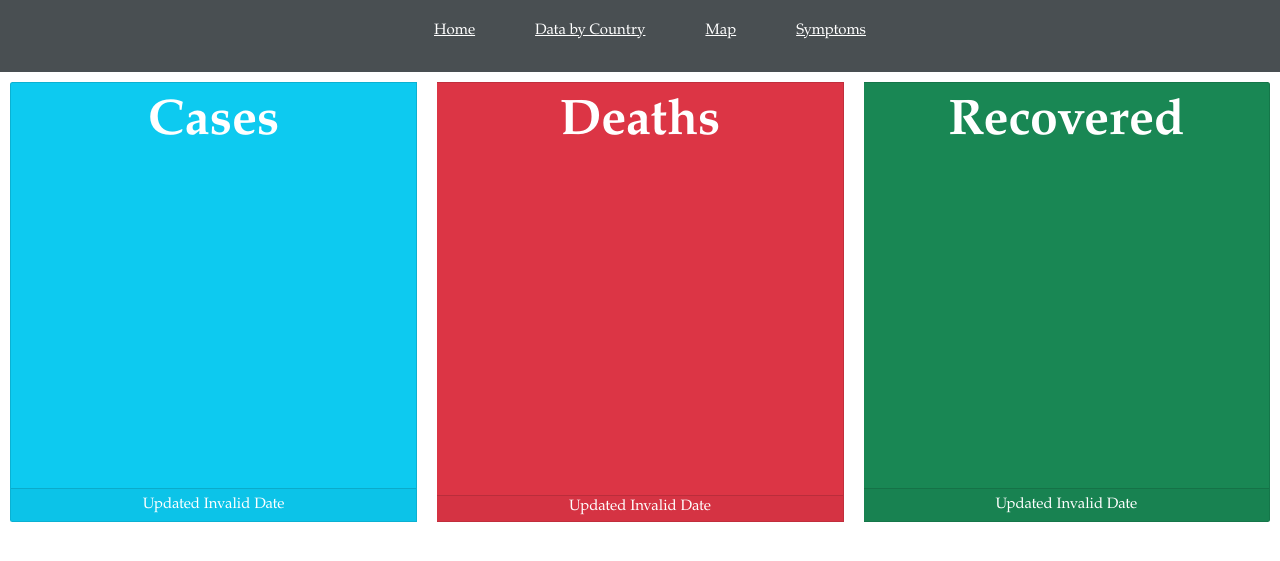
Repository: ranadubauskas/COVID-19Tracker
Page: /
The author's editor kept a copy of each file at every save. The page is drawn from the files as they stood at one save, then again after the next save.
The browser window is 1280 px wide. The pictures show the whole page.
The page's requests for data from a server got no answer. The project was rebuilt for these pictures with package versions that can differ from the ones it lists, and the page was loaded fresh each time. No one was signed in, and anything a server would have sent is missing. Also part of the build but not shown: src/Pages/About.css, src/Pages/About.js, src/Pages/Countries.css, src/Pages/Countries.js, src/Pages/Map.js.

Above is the page before, as saved 2022-03-31 21:14:56.

### public/index.html
<!DOCTYPE html>
<html lang="en">
  <head>
    <meta charset="utf-8" />
    <link rel="icon" href="%PUBLIC_URL%/favicon.ico" />
    <meta name="viewport" content="width=device-width, initial-scale=1" />
    <link rel="stylesheet" href="https://maxcdn.bootstrapcdn.com/bootstrap/3.4.1/css/bootstrap.min.css">
  <script src="https://ajax.googleapis.com/ajax/libs/jquery/3.6.0/jquery.min.js"></script>
  <script src="https://maxcdn.bootstrapcdn.com/bootstrap/3.4.1/js/bootstrap.min.js"></script>
    <meta name="theme-color" content="#000000" />
    <meta
      name="description"
      content="Web site created using create-react-app"
    />
    <link rel="apple-touch-icon" href="%PUBLIC_URL%/logo192.png" />
    <!--
      manifest.json provides metadata used when your web app is installed on a
      user's mobile device or desktop. See https://developers.google.com/web/fundamentals/web-app-manifest/
    -->
    <link rel="manifest" href="%PUBLIC_URL%/manifest.json" />
    <!--
      Notice the use of %PUBLIC_URL% in the tags above.
      It will be replaced with the URL of the `public` folder during the build.
      Only files inside the `public` folder can be referenced from the HTML.
      Unlike "/favicon.ico" or "favicon.ico", "%PUBLIC_URL%/favicon.ico" will
      work correctly both with client-side routing and a non-root public URL.
      Learn how to configure a non-root public URL by running `npm run build`.
    -->
    <title>React App</title>
  </head>
  <body>
    <noscript>You need to enable JavaScript to run this app.</noscript>
    <div id="root"></div>
    <!--
      This HTML file is a template.
      If you open it directly in the browser, you will see an empty page.
      You can add webfonts, meta tags, or analytics to this file.
      The build step will place the bundled scripts into the <body> tag.
      To begin the development, run `npm start` or `yarn start`.
      To create a production bundle, use `npm run build` or `yarn build`.
    -->

  </body>


</html>

### src/App.js
import React from "react";
import "./App.css";
import Home from './Pages/Home';
import About from './Pages/About';
import Countries from './Pages/Countries';
import Map from  './Pages/Map';
import { BrowserRouter as Router, Routes, Route, Link } from "react-router-dom";



const App = () => {
  return (


    <Router>

      <nav className="nav">
     <ul className="nav-list">
          <li><Link to="/" className="link">Home</Link></li>
          <li><Link to="/Countries" className="link"> Data by Country</Link></li>
          <li> <Link to="/Map" className="link">Map </Link> </li>
          <li> <Link to="/About" className="link"> Symptoms </Link></li>
        </ul>
        </nav>








      <Routes>
      <Route path='/' element={<Home/>} />
      <Route path='/Countries' element={<Countries/>} />
      <Route path='/About' element={<About/>} />
      <Route path='/Map' element={<Map/>} />
        </Routes>
    </Router>
  )
}

export default App

### src/App.css
.App {
  font-family: Garamond, serif;
  text-align: center;
}
.all{
  font-family: Garamond, serif;
}
h1{
  text-align: center;
  font-family: Garamond, serif;
}
.countries{
  display: grid;
  grid-template-columns: 370px 370px 370px;
  column-gap: 10px;
  line-height: 50%;
  margin: auto;
}
.form input{
  padding: 15px;
  font-size: 25px;
  color: black;
}


nav{

  justify-content: space-around;
  align-items: center;
  min-height: 10vh;
  background: rgb(73, 79, 82);
  color: white;
  font-family: Garamond, serif;
  font-size: 15px;
  text-decoration: none !important;
}

.link {
  color: #FFF;
}

.nav-list{
  width: 40%;
  display: flex;
  justify-content: space-around;
  align-items: center;
  list-style: none;
  color: white;
}

Card{
  width: 150%;
  height: 150%;
}

### src/Pages/Home.js
import React, { useEffect, useState } from "react";
import 'bootstrap/dist/css/bootstrap.min.css';
import Card from 'react-bootstrap/Card';
import CardGroup from 'react-bootstrap/CardGroup';
import axios from 'axios';
import Form from 'react-bootstrap/Form';





function Home() {
  const [latest, setLatest]=useState([]);
  const [result, setResult]=useState([]);
  const date = new Date(parseInt(latest.updated));
  const lastUpdated=date.toString();



  useEffect(() => {
    axios
    .all([
    axios.get('https://disease.sh/v3/covid-19/all')
    ])
    .then(responseArr => {
      setLatest(responseArr[0].data);
      setResult(responseArr[1].data);
    })
    .catch(err => {
      console.log(err);
    });
  }, []);



  return (

    <div className="all">

  <CardGroup>
  <Card bg="info" text="white" className="text-center" style={{margin: "10px", width: "44rem", height: "44rem"}}>
    <Card.Body>
      <Card.Title style={{fontSize:"50px", fontWeight:"bold"}}>Cases</Card.Title>
      <Card.Text>
        {latest.cases}
      </Card.Text>
    </Card.Body>
    <Card.Footer>
      <small style={{fontSize:"15px"}}>Updated {lastUpdated}</small>
    </Card.Footer>
  </Card>
  <Card bg="danger" text="white" className="text-center" style={{margin: "10px", width: "44rem", height: "44rem"}}>
    <Card.Body>
      <Card.Title style={{fontSize:"50px", fontWeight:"bold"}}>Deaths</Card.Title>
      <Card.Text>
        {latest.deaths}
      </Card.Text>
    </Card.Body>
    <Card.Footer>
      <small style={{fontSize:"15px", lineHeight:"5px"}}> Updated {lastUpdated}</small>
    </Card.Footer>
  </Card>
  <Card bg="success" text="white" className="text-center" style={{margin: "10px", width: "44rem", height: "44rem"}}>
    <Card.Body>
      <Card.Title style={{fontSize:"50px", fontWeight:"bold"}}>Recovered</Card.Title>
      <Card.Text>
        {latest.recovered}
      </Card.Text>
    </Card.Body>
    <Card.Footer>
      <small style={{fontSize:"15px"}}>Updated {lastUpdated}</small>
    </Card.Footer>
  </Card>
</CardGroup>


   </div>
  );
};

export default Home;

Loaded but not shown: src/index.js (common file)

After the next save:
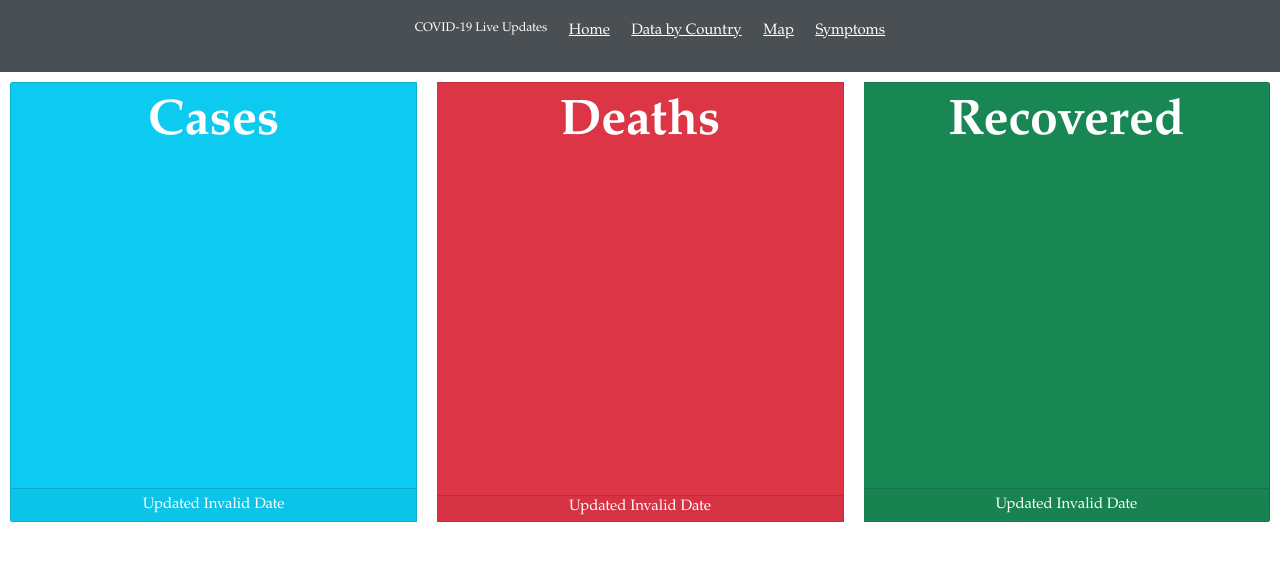
Saved 77 s later.
--- a/src/App.js
+++ b/src/App.js
@@ -13,15 +13,17 @@ const App = () => {
 
 
     <Router>
-
+     <div className="top">
       <nav className="nav">
      <ul className="nav-list">
+     <h5> COVID-19 Live Updates</h5>
           <li><Link to="/" className="link">Home</Link></li>
           <li><Link to="/Countries" className="link"> Data by Country</Link></li>
           <li> <Link to="/Map" className="link">Map </Link> </li>
           <li> <Link to="/About" className="link"> Symptoms </Link></li>
         </ul>
         </nav>
+        </div>
 
 
 
